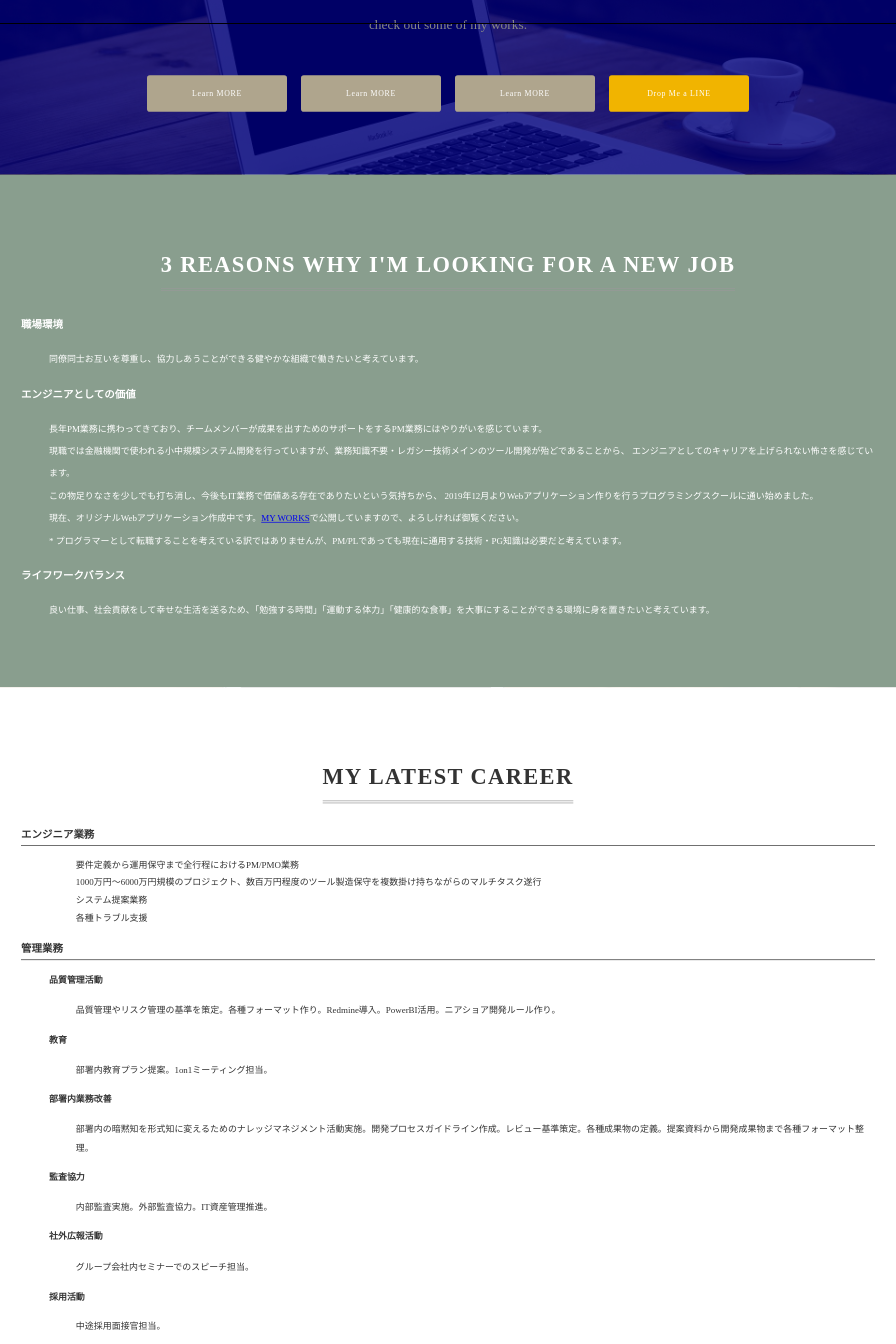
Repository: dackelteckel/myworks
Page: http://localhost/
The author's editor kept a record of every edit. The page is drawn from the files as they stood at one moment, then again after the next edit.
The browser window is 1280 px wide. The pictures show the part of the page from y = 331 to 2251 px (the page is 3053 px tall before and 3103 px after), at 70% of full size.
Backgrounds fixed to the window are drawn as part of the page. The page is run by PHP 8.4 with error messages shown; the project is at /var/www/html/.

Above is the page before.

After the next edit:
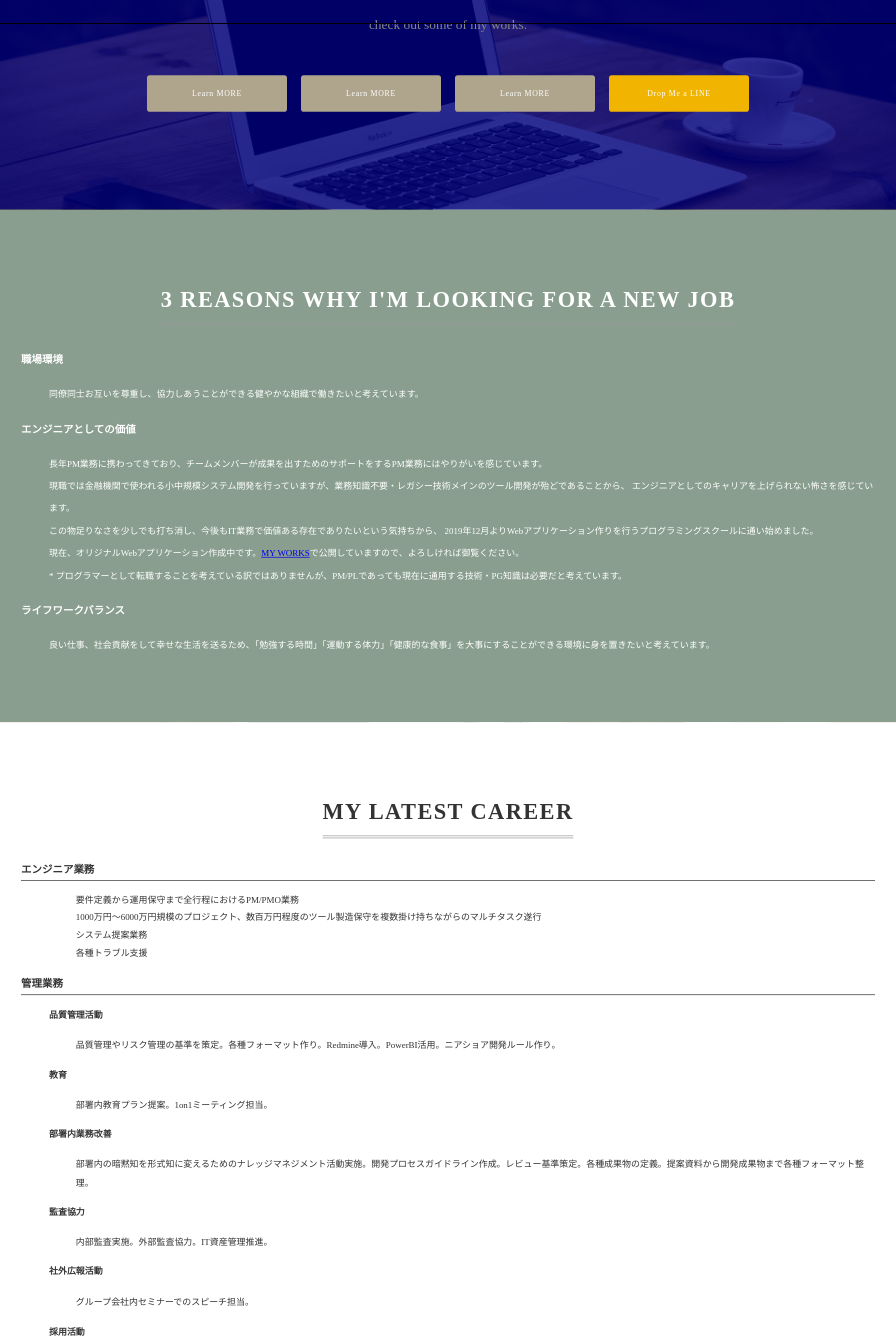
The edit:
--- a/style.css
+++ b/style.css
@@ -38,7 +38,7 @@
 .buttons {
   display: flex;
   justify-content: center;
-  margin: 0 auto;
+  padding-bottom: 50px
 }
 
 .button {
